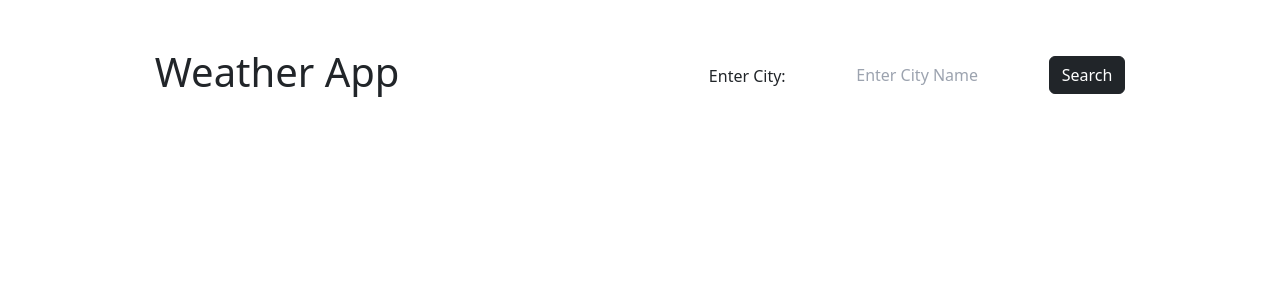
Repository: bhaveshtrades/weatherapp
Page: /
These files come from the project's save history. The page is drawn as it stood at one moment and after the next save; the edit follows.
The browser window is 1280 px wide. The pictures show the whole page.
The project was rebuilt for these pictures with package versions that can differ from the ones it lists, and the page was loaded fresh each time. Also part of the build but not shown: src/components/DetailedWeather.jsx, src/components/HourlyForecast.jsx.

Above is the page before, as saved 2023-01-22 21:36:42.

After the next save:
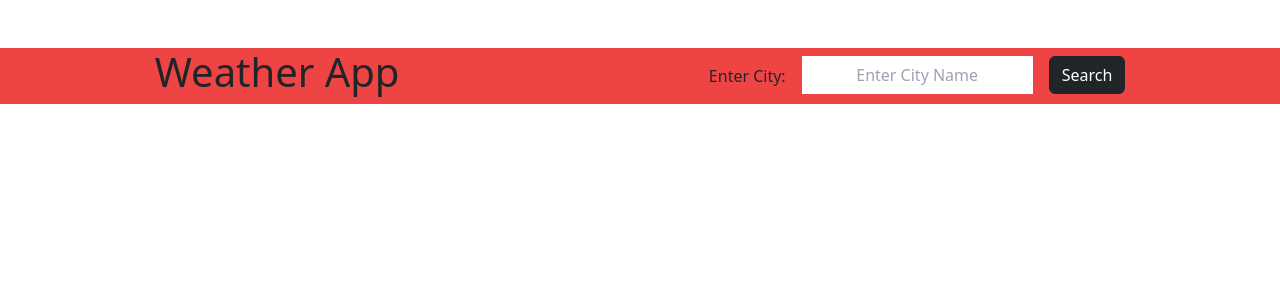
Saved 2 days later.
--- a/src/components/Navbar.jsx
+++ b/src/components/Navbar.jsx
@@ -4,7 +4,7 @@
 
   return (
     <>
-    <div className='flex justify-around mt-12'>
+    <div className='flex justify-around mt-12 md:bg-red-500'>
     <div>
     <h1>Weather App</h1>
     </div>

After the save that followed:
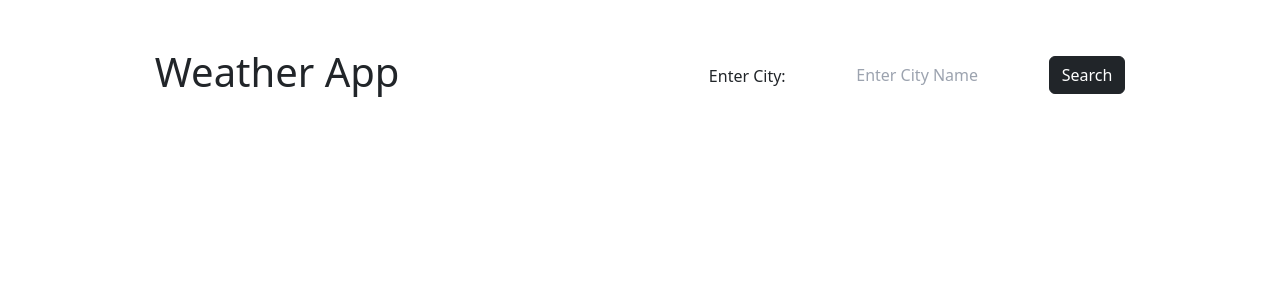
Saved 33 s later.
--- a/src/components/Navbar.jsx
+++ b/src/components/Navbar.jsx
@@ -4,7 +4,7 @@
 
   return (
     <>
-    <div className='flex justify-around mt-12 md:bg-red-500'>
+    <div className='flex justify-around mt-12'>
     <div>
     <h1>Weather App</h1>
     </div>
